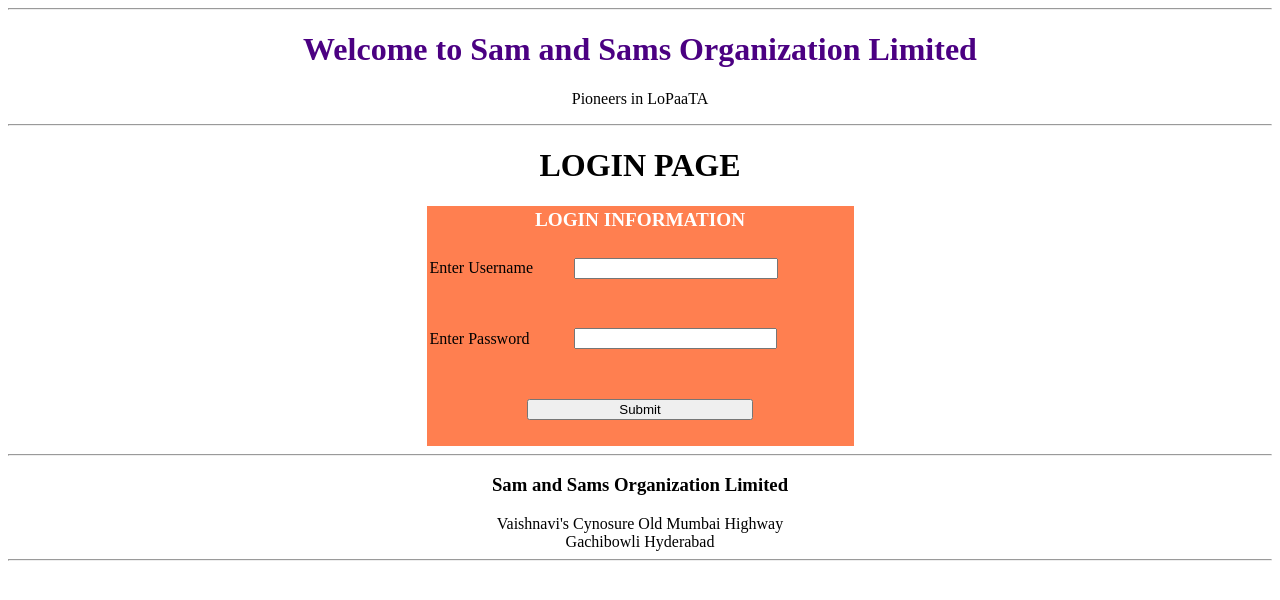
Repository: somnath0796/DeveloperMaterials
Page: http://localhost/JspApp/login.jsp
The author's editor kept a copy of each file at every save. The page is drawn from the files as they stood at one save, then again after the next save.
The browser window is 1280 px wide. The pictures show the whole page.
The page is served by Tomcat 9.

Above is the page before, as saved 2018-02-02 06:26:18.

After the next save:
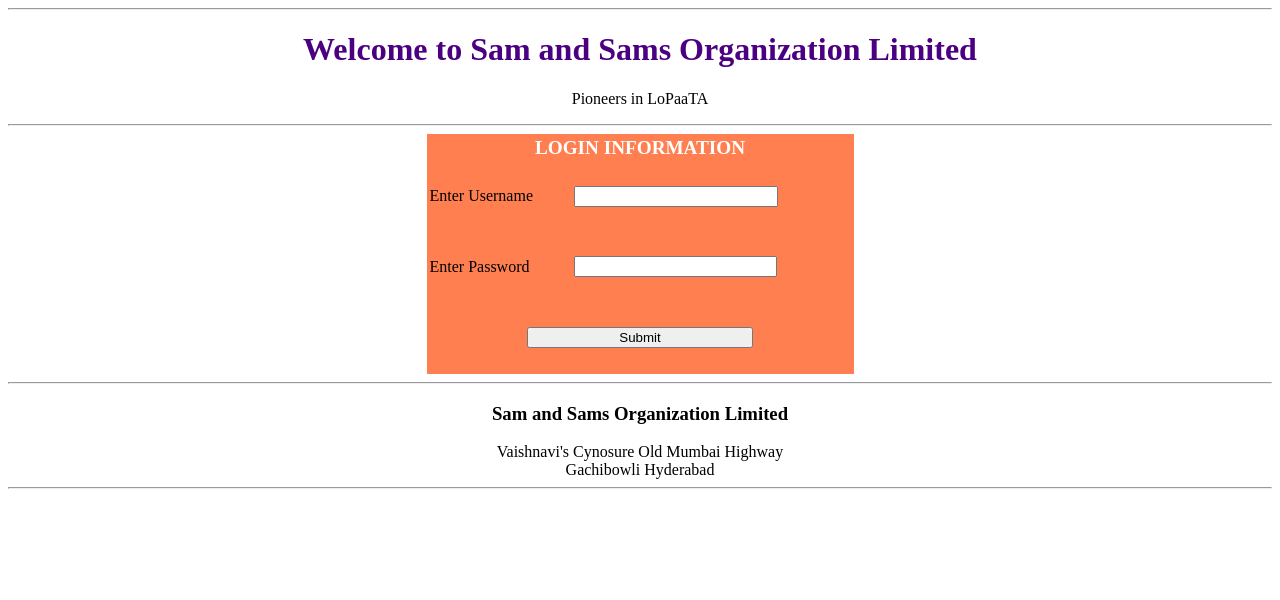
Saved 23 s later.
--- a/JspApp/WebContent/login.jsp
+++ b/JspApp/WebContent/login.jsp
@@ -8,7 +8,7 @@
 </head>
 <body>
 	<%@ include file="header.jsp"%>
-	<h1><center>LOGIN PAGE</center></h1>
+
 	 <form method="post" action="process.jsp">
 	 	<center>
 		<table style="background-color: Coral; height: 240px; width: 427px">
